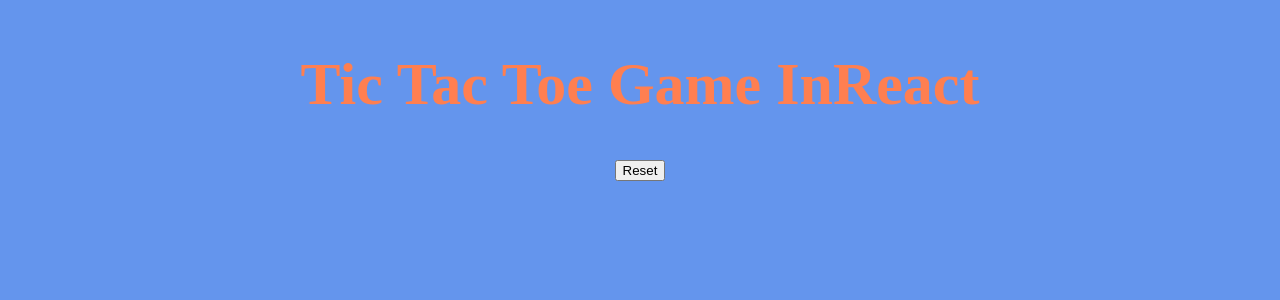
Repository: jontslater/tictaktoe
Page: /
These files come from the project's save history. The page is drawn as it stood at one moment and after the next save; the edit follows.
The browser window is 1280 px wide. The pictures show the whole page.
The project was rebuilt for these pictures with package versions that can differ from the ones it lists, and the page was loaded fresh each time. Also part of the build but not shown: src/App.css.

Above is the page before, as saved 2024-06-30 10:17:33.

After the next save:
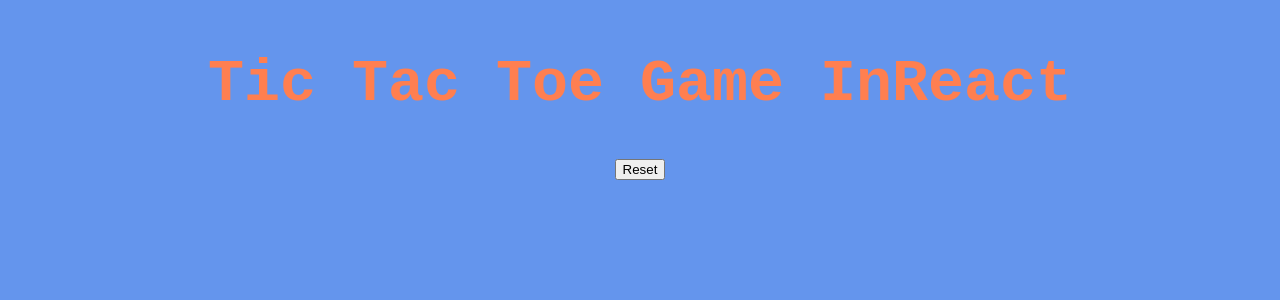
Saved 11 s later.
--- a/src/Components/TicTacToe/TicTacToe.css
+++ b/src/Components/TicTacToe/TicTacToe.css
@@ -9,5 +9,5 @@
   display: flex;
   justify-content: center;
   align-items: center;
-  font-family: fantasy;
+  font-family:monospace
 }
